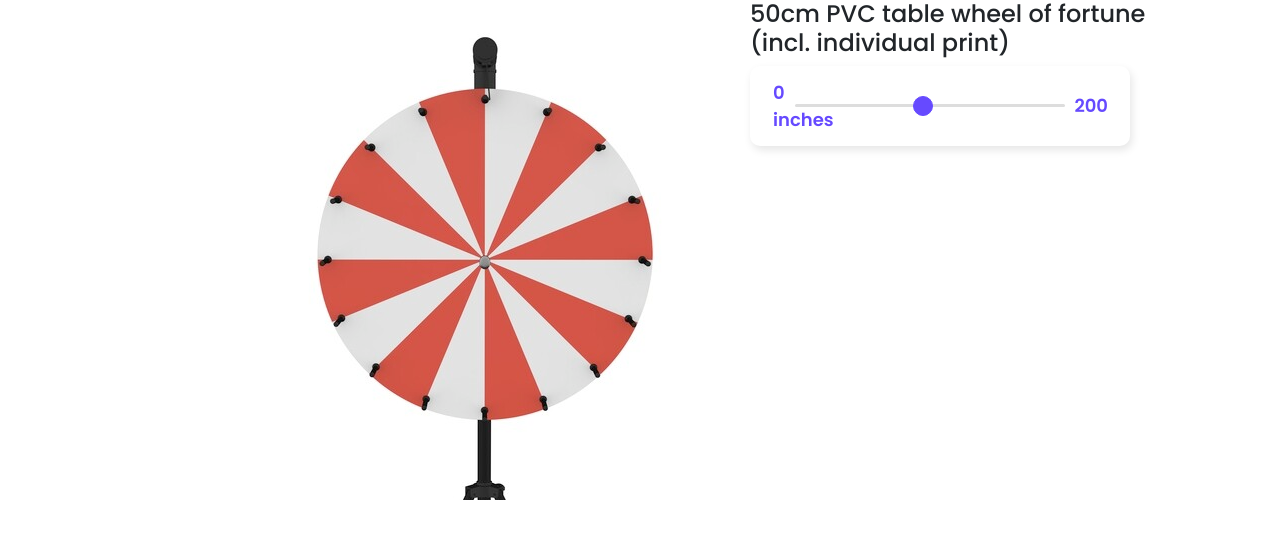
Repository: Awaisp-irfan/fahad-project
Page: text.html
An editor plug-in stored every save of this project. The page is shown before and after the next save, followed by the edit.
The browser window is 1280 px wide. The pictures show the whole page.

Above is the page before, as saved 2022-06-30 11:30:14.

After the next save:
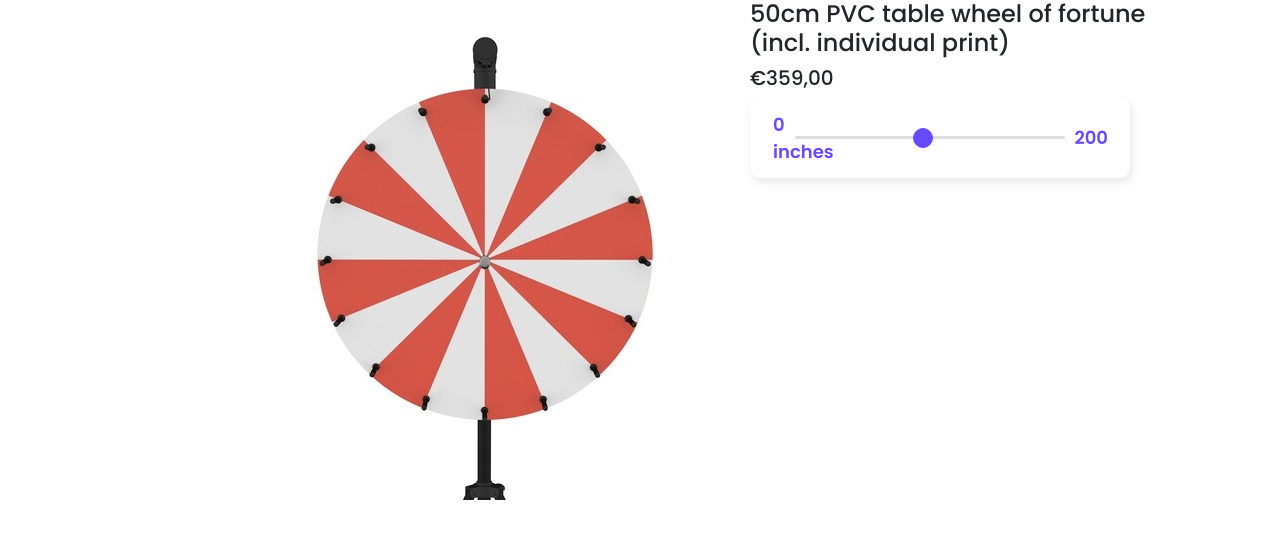
Saved 2 min 4 s later.
--- a/text.html
+++ b/text.html
@@ -30,6 +30,10 @@
                     <h4>
                         50cm PVC table wheel of fortune (incl. individual print)
                     </h4>
+
+                    <h5>
+                        €359,00
+                    </h5>
                 </div>
                 <div class="range">
                     <div class="sliderValue">
